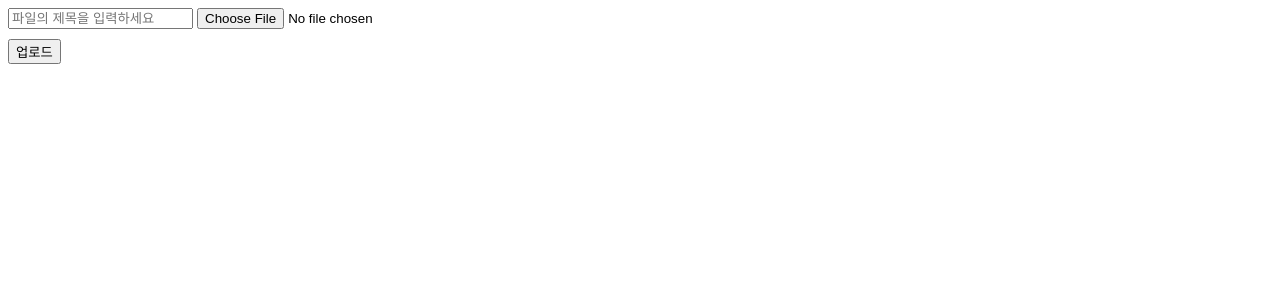
Repository: gudbrwkd98/JavaEE-JSP
Page: BoardApp/WebContent/gallery/send.html
The author's editor kept a copy of each file at every save. The page is drawn from the files as they stood at one save, then again after the next save.
The browser window is 1280 px wide. The pictures show the whole page.

Above is the page before, as saved 2020-12-04 02:34:51.

After the next save:
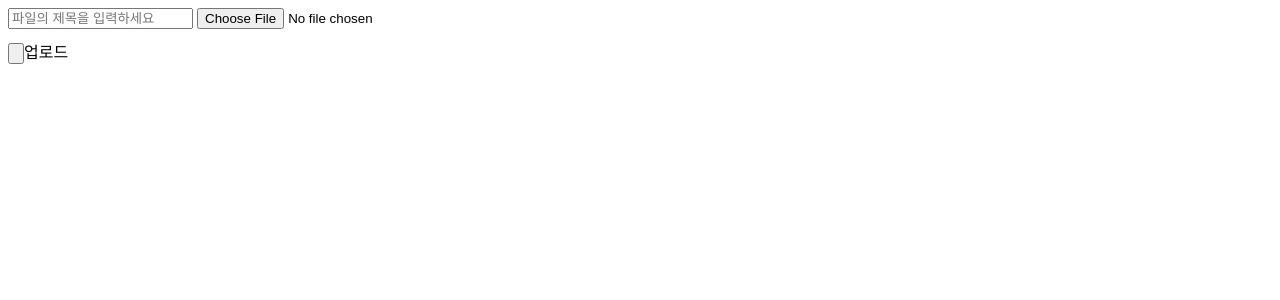
Console error: SyntaxError: Unexpected token '{'
Saved 45 s later.
--- a/BoardApp/WebContent/gallery/send.html
+++ b/BoardApp/WebContent/gallery/send.html
@@ -19,13 +19,19 @@
 	form1.method = "POST"; //바이너리 파일 포함됧 경우 반드시 post 로 전송방식 설정
 	form1.submit(); //전송(요청)
 }
+
+$(function{
+	$($("input[type='button']")[0]).click(function(){ //목록으로
+		location.href="/board/list.jsp";
+	});
+});
 </script>
 </head>
 <body>
   <form action="form1" enctype="multipart/form-data">
 	<input type="text" name="msg" placeholder="파일의 제목을 입력하세요" >
 	<input type="file"><br>
-	<button onClick="send()">업로드</button>
+	<input type="button" onClick="send()">업로드</input>
  </form>
 </body>
 </html>
